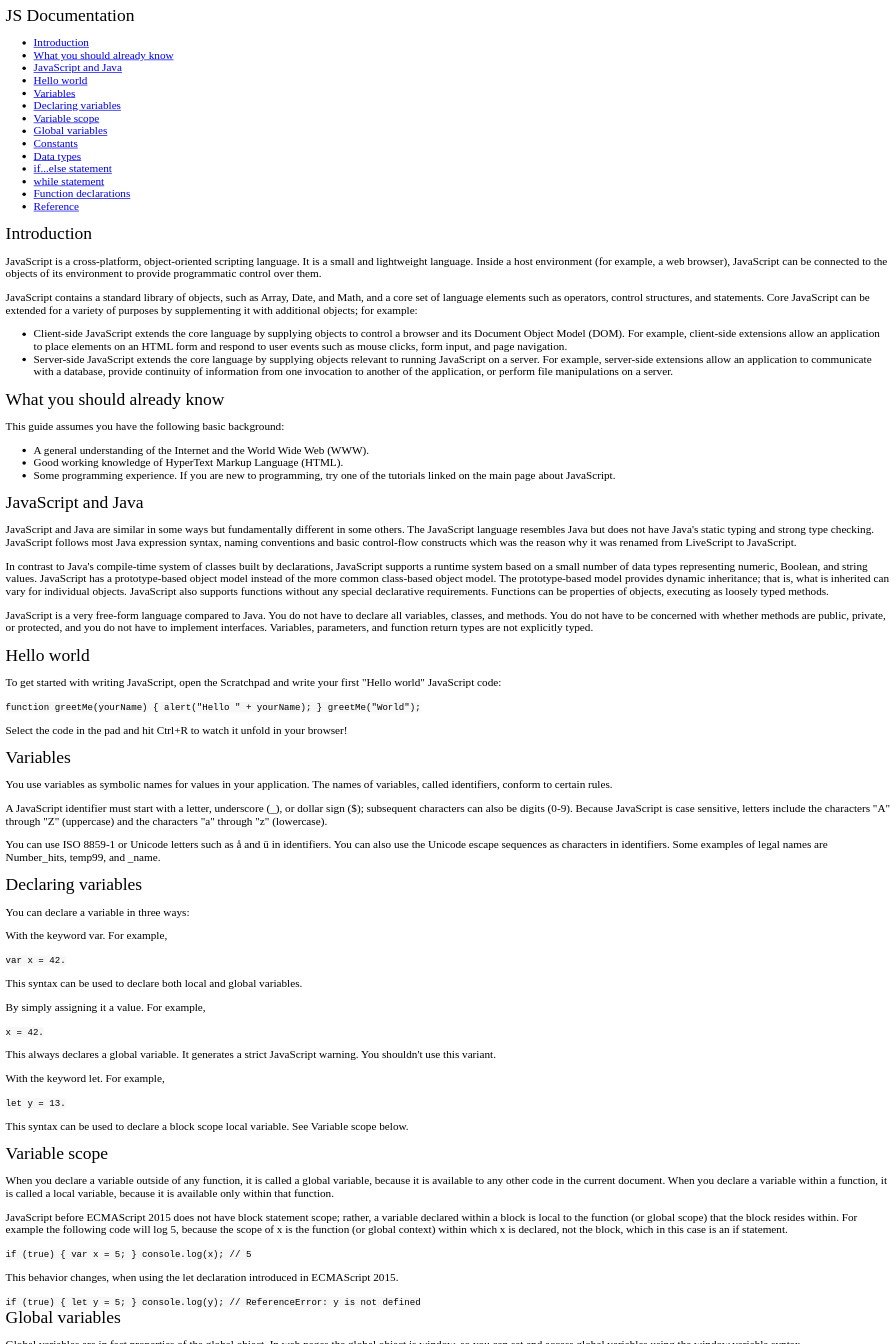
Repository: Lungdjos/technical_document_page_certificate
Page: index.html
An editor plug-in stored every save of this project. The page is shown before and after a run of saves, followed by the edit.
The browser window is 1280 px wide. The pictures show the part of the page from y = 0 to 1920 px (the page is 3968 px tall before and 4108 px after), at 70% of full size.

Above is the page before, as saved 2023-11-21 07:33:27.

### index.html
<!DOCTYPE html>
<html lang="en">

<head>
    <meta charset="UTF-8">
    <meta name="viewport" content="width=device-width, initial-scale=1.0">
    <title>Technical Document</title>
    <link rel="stylesheet" href="./styles.css">
</head>

<body>
    <nav id="nav-bar">
        <header>JS Documentation</header>
        <ul>
            <li>
                <a href="#Introduction" class="navlink">Introduction</a>
            </li>
            <li>
                <a href="#What_you_should_already_know" class="navlink">What you should already know</a>
            </li>
            <li>
                <a href="#JavaScript_and_Java" class="navlink">JavaScript and Java</a>
            </li>
            <li>
                <a href="#Hello_world" class="navlink">Hello world</a>
            </li>
            <li>
                <a href="#Variables" class="navlink">Variables</a>
            </li>
            <li>
                <a href="#Declaring_variables" class="navlink">Declaring variables</a>
            </li>
            <li>
                <a href="#Variable_scope" class="navlink">Variable scope</a>
            </li>
            <li>
                <a href="#Global_variables" class="navlink">Global variables</a>
            </li>
            <li>
                <a href="#Constants" class="navlink">Constants</a>
            </li>
            <li>
                <a href="#Data_types" class="navlink">Data types</a>
            </li>
            <li>
                <a href="#if...else_statement" class="navlink">if...else statement</a>
            </li>
            <li>
                <a href="#while_statement" class="navlink">while statement</a>
            </li>
            <li>
                <a href="#Function_declarations" class="navlink">Function declarations</a>
            </li>
            <li>
                <a href="#Reference" class="navlink">Reference</a>
            </li>
        </ul>
    </nav>
    <main id="main-doc">
        <section class="main-section" id="Introduction">
            <header id="">Introduction</header>
            <p>JavaScript is a cross-platform, object-oriented scripting language. It is a small and lightweight language. Inside a host environment (for example, a web browser), JavaScript can be connected to the objects of its environment to provide programmatic
                control over them.</p>
            <p>JavaScript contains a standard library of objects, such as Array, Date, and Math, and a core set of language elements such as operators, control structures, and statements. Core JavaScript can be extended for a variety of purposes by supplementing
                it with additional objects; for example:
                <ul>
                    <li>Client-side JavaScript extends the core language by supplying objects to control a browser and its Document Object Model (DOM). For example, client-side extensions allow an application to place elements on an HTML form and respond
                        to user events such as mouse clicks, form input, and page navigation.</li>
                    <li>Server-side JavaScript extends the core language by supplying objects relevant to running JavaScript on a server. For example, server-side extensions allow an application to communicate with a database, provide continuity of information
                        from one invocation to another of the application, or perform file manipulations on a server.</li>
                </ul>
            </p>

        </section>
        <section class="main-section" id="What_you_should_already_know">
            <header id="">What you should already know</header>
            <p>This guide assumes you have the following basic background:
                <ul>
                    <li>A general understanding of the Internet and the World Wide Web (WWW).</li>
                    <li>Good working knowledge of HyperText Markup Language (HTML).</li>
                    <li>Some programming experience. If you are new to programming, try one of the tutorials linked on the main page about JavaScript.</li>
                </ul>
            </p>

        </section>
        <section class="main-section" id="JavaScript_and_Java">
            <header id="">JavaScript and Java</header>
            <p>JavaScript and Java are similar in some ways but fundamentally different in some others. The JavaScript language resembles Java but does not have Java's static typing and strong type checking. JavaScript follows most Java expression syntax,
                naming conventions and basic control-flow constructs which was the reason why it was renamed from LiveScript to JavaScript.</p>
            <p>In contrast to Java's compile-time system of classes built by declarations, JavaScript supports a runtime system based on a small number of data types representing numeric, Boolean, and string values. JavaScript has a prototype-based object
                model instead of the more common class-based object model. The prototype-based model provides dynamic inheritance; that is, what is inherited can vary for individual objects. JavaScript also supports functions without any special declarative
                requirements. Functions can be properties of objects, executing as loosely typed methods.</p>
            <p>JavaScript is a very free-form language compared to Java. You do not have to declare all variables, classes, and methods. You do not have to be concerned with whether methods are public, private, or protected, and you do not have to implement
                interfaces. Variables, parameters, and function return types are not explicitly typed.</p>
        </section>
        <section class="main-section" id="Hello_world">
            <header id="">Hello world</header>
            <p>
                To get started with writing JavaScript, open the Scratchpad and write your first "Hello world" JavaScript code:</p>
            <code>function greetMe(yourName) { alert("Hello " + yourName); }
                greetMe("World");</code>
            <p>Select the code in the pad and hit Ctrl+R to watch it unfold in your browser!</p>
        </section>
        <section class="main-section" id="Variables">
            <header id="">Variables</header>
            <p>You use variables as symbolic names for values in your application. The names of variables, called identifiers, conform to certain rules.</p>
            <p>A JavaScript identifier must start with a letter, underscore (_), or dollar sign ($); subsequent characters can also be digits (0-9). Because JavaScript is case sensitive, letters include the characters "A" through "Z" (uppercase) and the
                characters "a" through "z" (lowercase).</p>
            <p>You can use ISO 8859-1 or Unicode letters such as å and ü in identifiers. You can also use the Unicode escape sequences as characters in identifiers. Some examples of legal names are Number_hits, temp99, and _name.</p>
        </section>
        <section class="main-section" id="Declaring_variables">
            <header id="">Declaring variables</header>
            <p>You can declare a variable in three ways:</p>
            <p>With the keyword var. For example,</p>
            <code>var x = 42.</code>
            <p>This syntax can be used to declare both local and global variables.</p>
            <p>By simply assigning it a value. For example,</p>
            <code>x = 42.</code><br>
            <p>This always declares a global variable. It generates a strict JavaScript warning. You shouldn't use this variant.</p>
            <p>With the keyword let. For example,</p>
            <code>let y = 13.</code>
            <p>This syntax can be used to declare a block scope local variable. See Variable scope below.</p>
        </section>
        <section class="main-section" id="Variable_scope">
            <header id="">Variable scope</header>
            <p>When you declare a variable outside of any function, it is called a global variable, because it is available to any other code in the current document. When you declare a variable within a function, it is called a local variable, because it
                is available only within that function.</p>
            <p>JavaScript before ECMAScript 2015 does not have block statement scope; rather, a variable declared within a block is local to the function (or global scope) that the block resides within. For example the following code will log 5, because
                the scope of x is the function (or global context) within which x is declared, not the block, which in this case is an if statement.</p>
            <code>if (true) { var x = 5; } console.log(x); // 5</code>
            <p>This behavior changes, when using the let declaration introduced in ECMAScript 2015.</p>
            <code>if (true) { let y = 5; } console.log(y); // ReferenceError: y is
                not defined</code>
        </section>
        <section class="main-section" id="Global_variables">
            <header id="">Global variables</header>
            <p>Global variables are in fact properties of the global object. In web pages the global object is window, so you can set and access global variables using the window.variable syntax.</p>
            <p>Consequently, you can access global variables declared in one window or frame from another window or frame by specifying the window or frame name. For example, if a variable called phoneNumber is declared in a document, you can refer to this
                variable from an iframe as parent.phoneNumber.</p>
        </section>
        <section class="main-section" id="Constants">
            <header id="">Constants</header>
            <p>You can create a read-only, named constant with the const keyword. The syntax of a constant identifier is the same as for a variable identifier: it must start with a letter, underscore or dollar sign and can contain alphabetic, numeric, or
                underscore characters.</p>
            <code>const PI = 3.14;</code>
            <p>A constant cannot change value through assignment or be re-declared while the script is running. It has to be initialized to a value.</p>
            <p>The scope rules for constants are the same as those for let block scope variables. If the const keyword is omitted, the identifier is assumed to represent a variable.</p>
            <p>You cannot declare a constant with the same name as a function or variable in the same scope. For example:</p>
            <code>// THIS WILL CAUSE AN ERROR function f() {}; const f = 5; // THIS
                WILL CAUSE AN ERROR ALSO function f() { const g = 5; var g;
                //statements }</code>
            <p>However, object attributes are not protected, so the following statement is executed without problems.</p>
            <code>const MY_OBJECT = {"key": "value"}; MY_OBJECT.key =
                "otherValue";</code>
        </section>
        <section class="main-section" id="Data_types">
            <header id="">Data types</header>
            <p>The latest ECMAScript standard defines seven data types:
                <ul>
                    <li>Six data types that are primitives:
                        <ul>
                            <li>Boolean. true and false.</li>
                            <li>null. A special keyword denoting a null value. Because JavaScript is case-sensitive, null is not the same as Null, NULL, or any other variant.</li>
                            <li>undefined. A top-level property whose value is undefined.</li>
                            <li>Number. 42 or 3.14159.</li>
                            <li>String. "Howdy"</li>
                            <li>Symbol (new in ECMAScript 2015). A data type whose instances are unique and immutable.</li>
                        </ul>
                    </li>
                    <li>and Object</li>
                </ul>
            </p>
            <p>Although these data types are a relatively small amount, they enable you to perform useful functions with your applications. Objects and functions are the other fundamental elements in the language. You can think of objects as named containers
                for values, and functions as procedures that your application can perform.</p>
        </section>
        <section class="main-section" id="if...else_statement">
            <header id="">if...else statement</header>
            <p>Use the if statement to execute a statement if a logical condition is true. Use the optional else clause to execute a statement if the condition is false. An if statement looks as follows:</p>
            <code>if (condition) { statement_1; } else { statement_2; }</code>
            <p>condition can be any expression that evaluates to true or false. See Boolean for an explanation of what evaluates to true and false. If condition evaluates to true, statement_1 is executed; otherwise, statement_2 is executed. statement_1 and
                statement_2 can be any statement, including further nested if statements.</p>
            <p>You may also compound the statements using else if to have multiple conditions tested in sequence, as follows:</p>
            <code>if (condition_1) { statement_1; } else if (condition_2) {
                statement_2; } else if (condition_n) { statement_n; } else {
                statement_last; }</code>
            <p>In the case of multiple conditions only the first logical condition which evaluates to true will be executed. To execute multiple statements, group them within a block statement ({ ... }) . In general, it's good practice to always use block
                statements, especially when nesting if statements:</p>
            <code>if (condition) { statement_1_runs_if_condition_is_true;
                statement_2_runs_if_condition_is_true; } else {
                statement_3_runs_if_condition_is_false;
                statement_4_runs_if_condition_is_false; }</code>
            <p>It is advisable to not use simple assignments in a conditional expression, because the assignment can be confused with equality when glancing over the code. For example, do not use the following code:</p>
            <code>if (x = y) { /* statements here */ }</code>
            <p>If you need to use an assignment in a conditional expression, a common practice is to put additional parentheses around the assignment. For example:</p>
            <code>if ((x = y)) { /* statements here */ }</code>
        </section>
        <section class="main-section" id="while_statement">
            <header id="">while statement</header>
            <p>A while statement executes its statements as long as a specified condition evaluates to true. A while statement looks as follows:</p>
            <code>while (condition) statement</code>
            <p>If the condition becomes false, statement within the loop stops executing and control passes to the statement following the loop.</p>
            <p>The condition test occurs before statement in the loop is executed. If the condition returns true, statement is executed and the condition is tested again. If the condition returns false, execution stops and control is passed to the statement
                following while.</p>
            <p>To execute multiple statements, use a block statement ({ ... }) to group those statements.</p>
            <p>Example: <br> The following while loop iterates as long as n is less than three:</p>
            <code>var n = 0; var x = 0; while (n < 3) { n++; x += n; }</code>
            <p>With each iteration, the loop increments n and adds that value to x. Therefore, x and n take on the following values:
                <ul>
                    <li>After the first pass: n = 1 and x = 1</li>
                    <li>After the second pass: n = 2 and x = 3</li>
                    <li>After the third pass: n = 3 and x = 6</li>
                </ul>
            </p>
            <p>After completing the third pass, the condition n
                < 3 is no longer true, so the loop terminates.</p>
        </section>
        <section class="main-section" id="Function_declarations">
            <header id="">Function declarations</header>
            <p>A function definition (also called a function declaration, or function statement) consists of the function keyword, followed by:
                <ul>
                    <li>The name of the function.</li>
                    <li>A list of arguments to the function, enclosed in the parentheses and separated by commas.</li>
                    <li>The JavaScript statement that defines the function, enclosed in curly brackets, {}.</li>
                </ul>
            </p>
            <p>For example, the following code defines a simple function named square:</p>
            <code>function square(number) { return number * number; }</code>
            <p>The function square takes one argument, called number. The function consists of one statement that says to return the argument of the function (that is, number) multiplied by itself. The return statement specifies the value returned by the
                function.
            </p>
            <code>return number * number;</code>
            <p>Primitive parameters (such as a number) are passed to functions by value; the value is passed to the function, but if the function changes the value of the parameter, this change is not reflected globally or in the calling function.</p>
        </section>
        <section class="main-section" id="Reference">
            <header id="">Reference</header>
            <ul>
                <li>All the documentation in this page is taken from
                    <a href="https://developer.mozilla.org/en-US/docs/Web/JavaScript/Guide" target="_blank">MDN</a>
                </li>
            </ul>
        </section>
    </main>
</body>

</html>

### styles.css
/* A technical document page stylings */

html {
    box-sizing: border-box;
}

* {
    border-radius: 4px;
}

header {
    font-size: 25px;
    font-weight: 500;
}


/* nav bar styling */

#nav-bar {
    position: sticky;
}


/* body styling */

code {
    background-color: #f7f7f7;
}

#main-doc {
    position: relative;
}

After the next 4 saves:
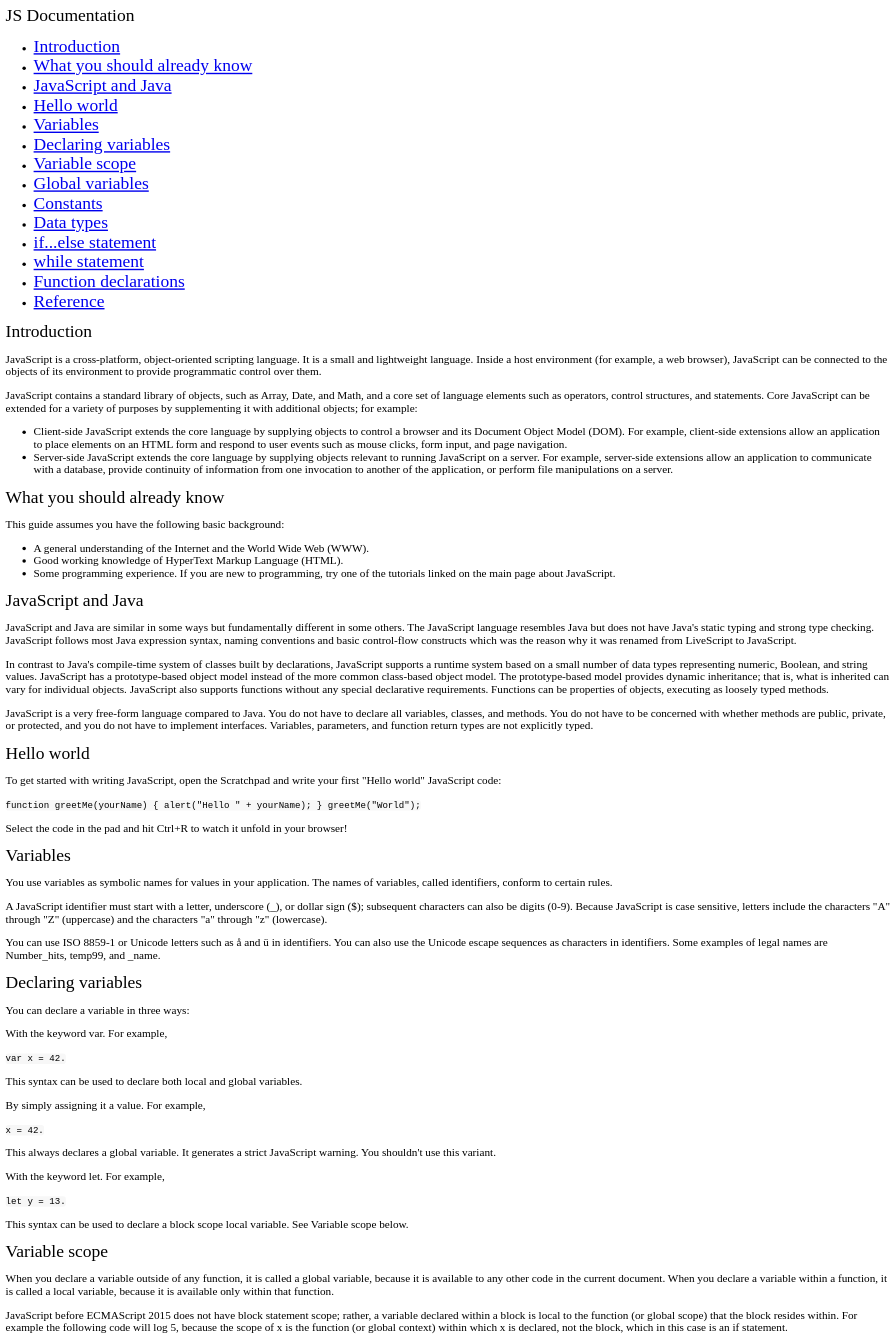
The 4 saves are shown as one change because they came seconds apart.
The last was saved 28 s later.
--- a/styles.css
+++ b/styles.css
@@ -20,6 +20,11 @@ header {
     position: sticky;
 }
 
+#nav-bar a {
+    font-size: 25px;
+    font-weight: 500;
+}
+
 
 /* body styling */
 
